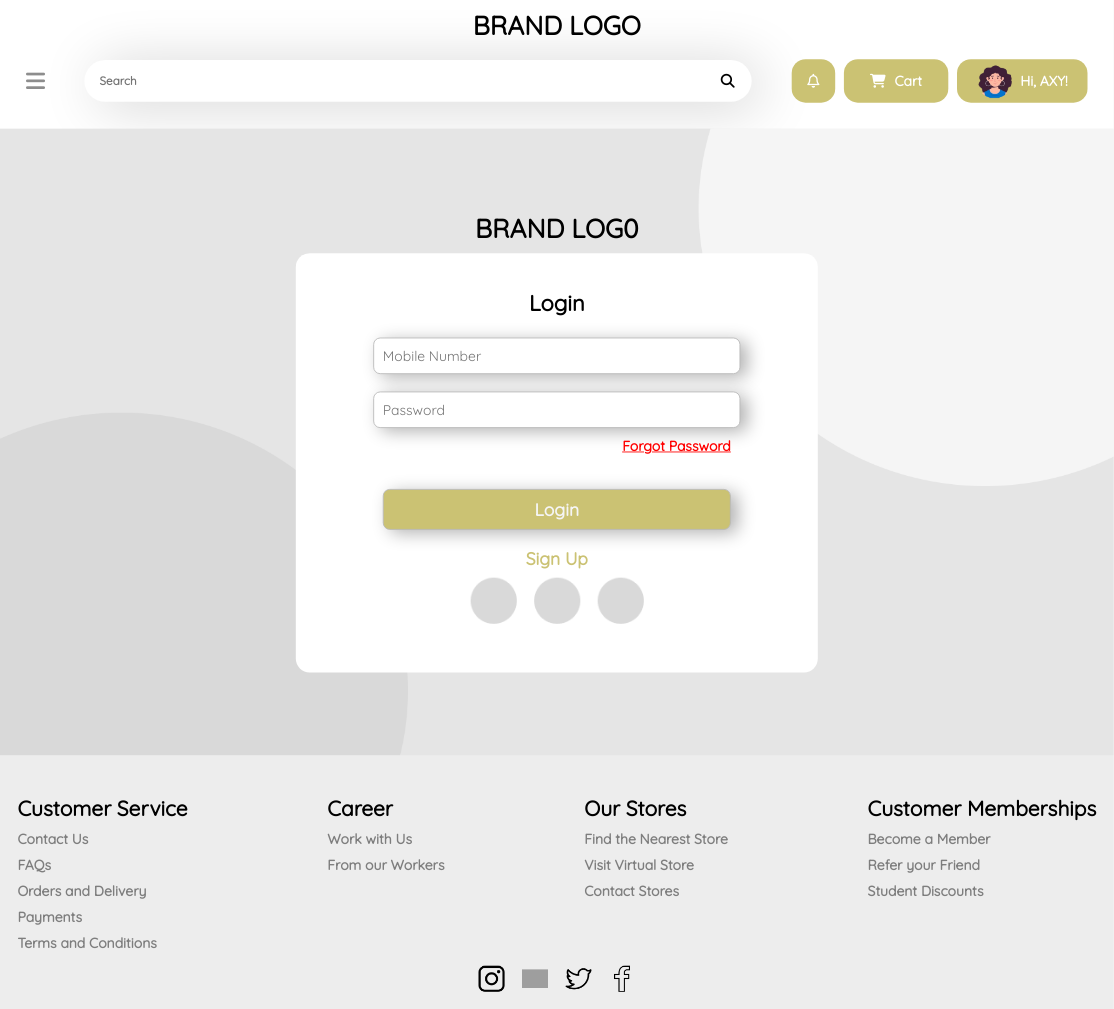
Repository: FlyweisReact/Jaspal
Page: /
These files come from the project's save history. The page is drawn as it stood at one moment and after the next save; the edit follows.
The browser window is 1280 px wide. The pictures show the whole page, at 87% of full size.
Pictures or frames that could not be fetched are drawn as grey boxes. Some web libraries are served in a nearby version. The project was rebuilt for these pictures with package versions that can differ from the ones it lists, and the page was loaded fresh each time. Also part of the build but not shown: src/Component/Homecomp/Filter.js, src/Component/Homecomp/FullWidthProduct.js, src/Component/Homecomp/FavouritesSlide.js, src/Component/Homecomp/OfferProduct.js, src/Component/Homecomp/TrendingProduct.js, src/Pages/Homepage/Homepage.js.

Above is the page before, as saved 2023-08-19 12:32:07.

After the next save:
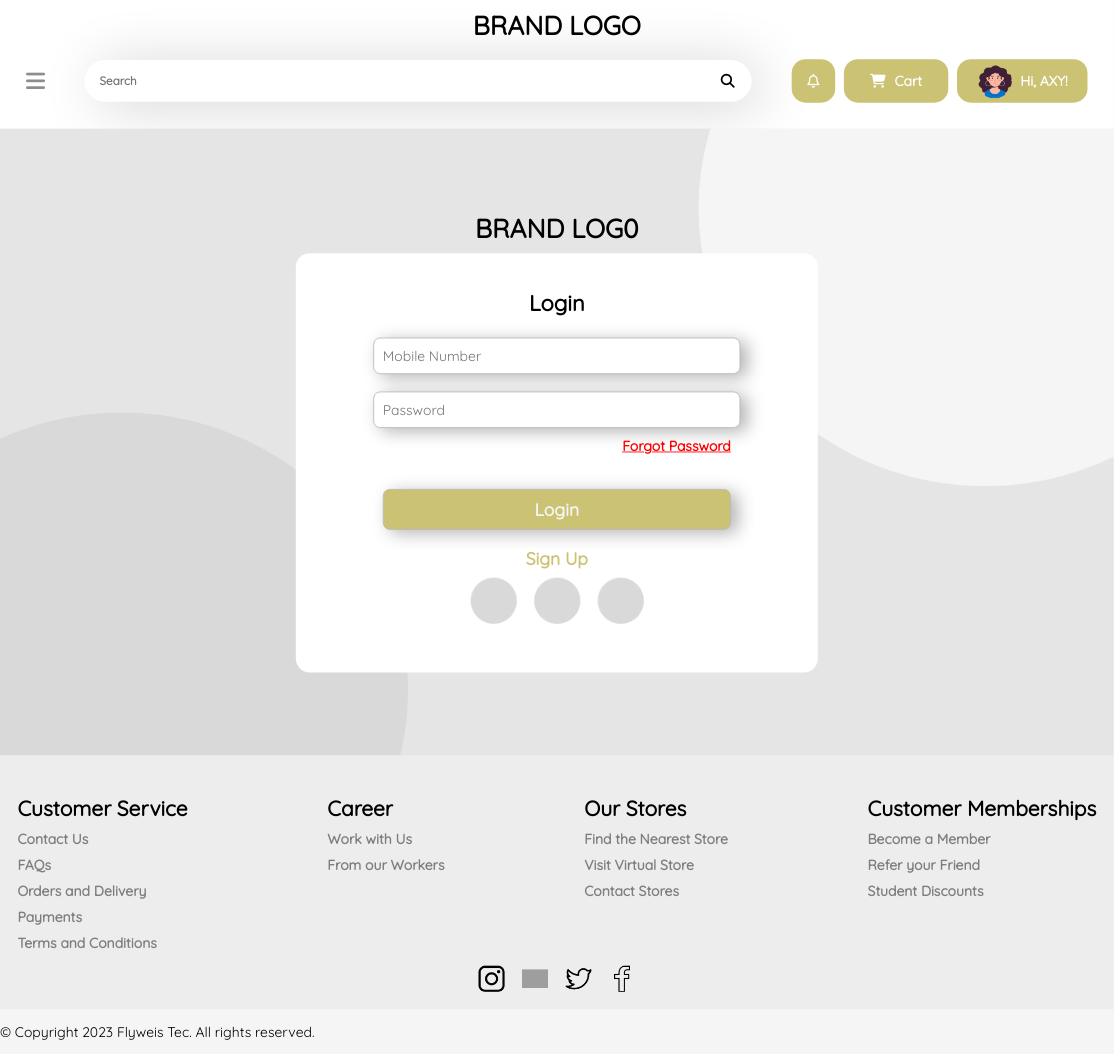
Saved 6 s later.
--- a/src/Component/copyright/Copyright.js
+++ b/src/Component/copyright/Copyright.js
@@ -3,7 +3,7 @@ import React from 'react'
 const Copyright = () => {
   return (
     <div className='copy-right'>
-
+        <p>© Copyright 2023 Flyweis Tec. All rights reserved.</p>
     </div>
   )
 }
